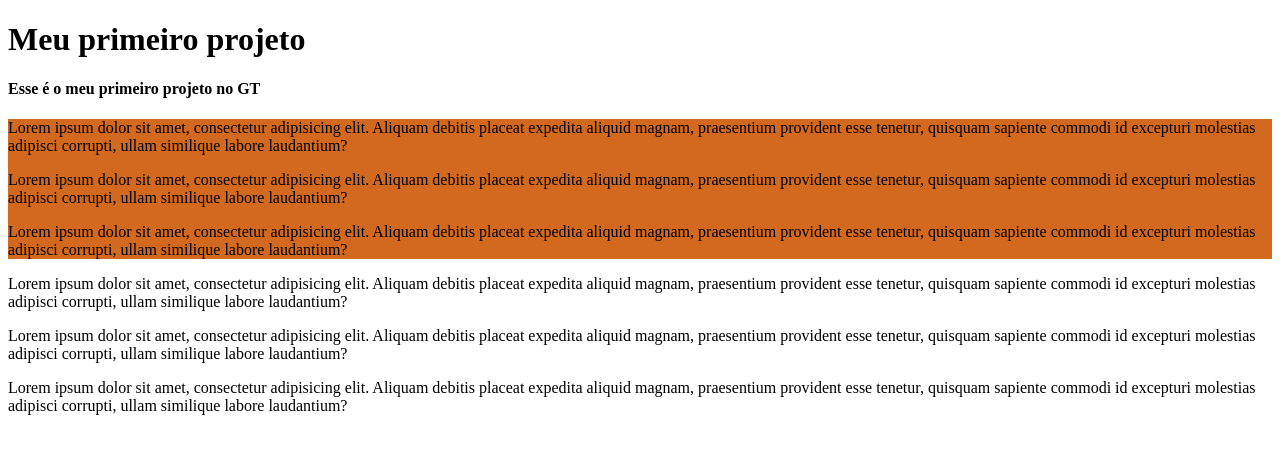
Repository: geracao-11/aula01
Page: index.html
These files come from the project's save history. The page is drawn as it stood at one moment and after a run of saves; the edit follows.
The browser window is 1280 px wide. The pictures show the whole page.

Above is the page before, as saved 2025-04-02 09:42:02.

After the next 2 saves:
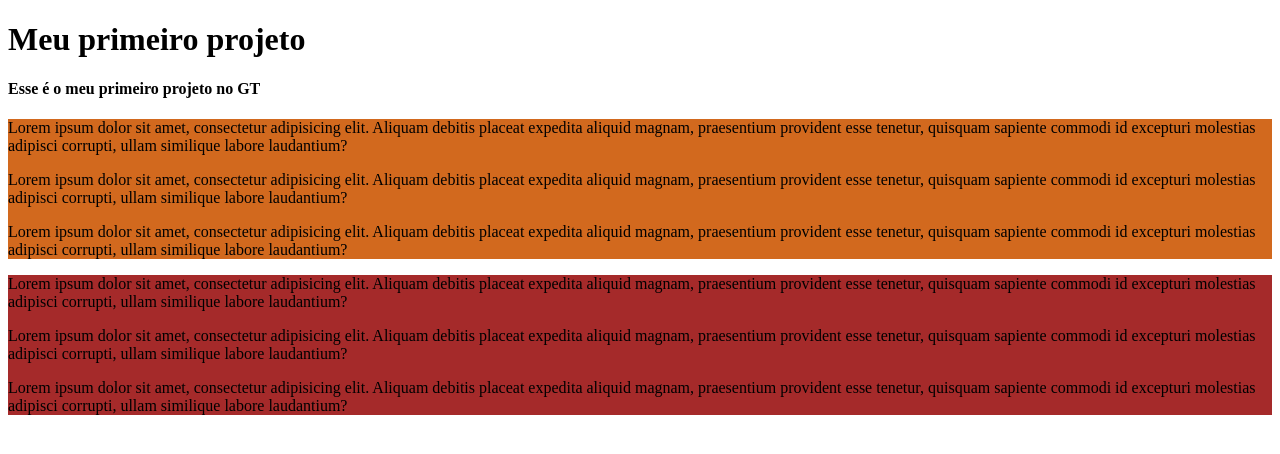
The 2 saves are shown as one change because they came seconds apart.
The last was saved 4 min 25 s later.
--- a/index.html
+++ b/index.html
@@ -33,7 +33,7 @@
           corrupti, ullam similique labore laudantium?
         </p>
       </div>
-      <div style="background-color:;">
+      <div style="background-color:brown;">
         <p>
           Lorem ipsum dolor sit amet, consectetur adipisicing elit. Aliquam
           debitis placeat expedita aliquid magnam, praesentium provident esse
